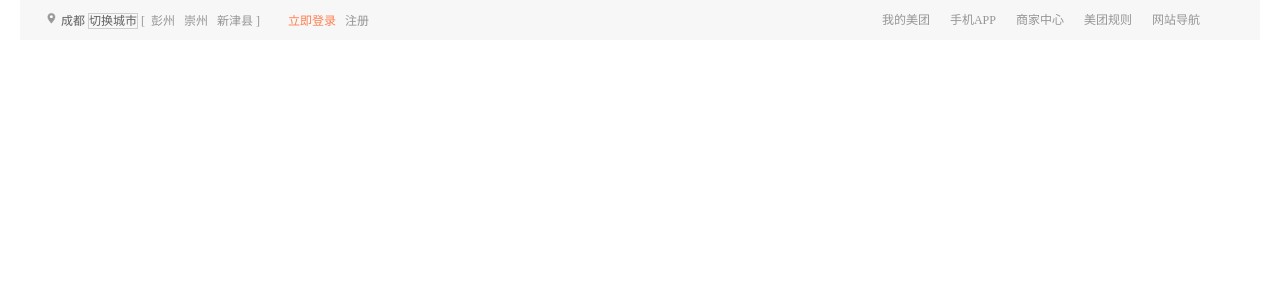
Repository: buddy-fallinlove/Meituan
Page: /
An editor plug-in stored every save of this project. The page is shown before and after the next save, followed by the edit.
The browser window is 1280 px wide. The pictures show the whole page.
The project was rebuilt for these pictures with package versions that can differ from the ones it lists, and the page was loaded fresh each time. Also part of the build but not shown: vue.config.js.

Above is the page before, as saved 2020-08-20 18:00:07.

### src/main.js
import Vue from 'vue'
import App from './App.vue'
import router from './router'
import store from './store'
//引入axios
import axios from './http'
Vue.config.productionTip = false
    //引入封装的全局方法
import api from './http/api.js'
Vue.prototype.$axios = axios
    //引入api.js
Vue.prototype.$api = api
    // 引入ElementUI
import ElementUI from 'element-ui';
import 'element-ui/lib/theme-chalk/index.css';
Vue.use(ElementUI);
new Vue({
    router,
    store,
    render: h => h(App)
}).$mount('#app')

### src/App.vue
<template>
  <div id="app">
    <router-view/>
  </div>
</template>

<style lang="scss">
@import "./style/css.类名_20200524144523"
</style>

### src/router/index.js
import Vue from 'vue'
import VueRouter from 'vue-router'
import Home from '../views/Home.vue'
import layout from '../views/layout.vue'
Vue.use(VueRouter)

const routes = [{
    path: '/',
    name: 'layout',
    component: layout,
    children: [{
            path: '',
            name: 'Home',
            component: Home
        }

    ]
}]

const router = new VueRouter({
    mode: 'history',
    base: process.env.BASE_URL,
    routes
})

export default router

### src/http/index.js
import axios from 'axios'
import qs from 'qs'
// import { Loading, } from 'element-ui'
import store from '../store/index'
// let loading = null


// 判断当前环境是生产环境还是开发环境
// process.env.NODE_ENV的值决定当前环境
// production为生产环境 development为开发环境
const isProduction = process.env.NODE_ENV === 'production'

// 创建axios配置对象
const service = axios.create()

// 接口基础路径
service.defaults.baseURL = isProduction ? 'http://49.233.66.125:5050/v1' : '/api'

// 超时时间
service.defaults.timeout = 10000
    // 请求头类型
    // service.defaults.headers.post['Content-Type'] = 'application/x-www-form-urlencoded'

// 请求拦截器
service.interceptors.request.use(config => {
    if (!store.state.cancelLoad) {
        store.state.loading = true
    }
    // loading = Loading.service({
    //     text: '正在加载中......'
    // })
    let token = localStorage.getItem('adminToken')
        // 每次请求 都在请求头带上token
    if (token) {
        config.headers['Authorization'] = 'Bearer ' + token
    }
    return config
}, err => {
    console.log(err)
    return Promise.reject(err)
})

// 响应拦截器
service.interceptors.response.use(response => {
    setTimeout(() => {
            store.state.loading = false
        }, 500)
        // if (loading) {
        //     loading.close()
        // }
    return response.data
}, err => {
    // if (err.response.status === 401) {
    //     Message.error(err.response.data.msg)
    // }
})

service.req = function(...params) {
    if (params.length === 1) {
        return service.get(params[0])
    }
    if (params.length === 2) {
        return service.post(params[0], qs.stringify(params[1]))
    }
}

export default service

### src/http/api.js
import service from './index'


export default {
    // 获取定位
    getposition() {
        return service.req('/position')
    },
    // 获取所有省份
    getprovince() {
        return service.req('/province')
    },

    // 获取省份所有城市
    getcitys(id) {
        return service.req(`/citys?id=${id}`)
    }








































































}

### src/style/css.类名_20200524144523.css
/* 同一行排列 */

.d-f {
    display: flex;
}


/* 占比 */

.f1 {
    flex: 1;
}

.f2 {
    flex: 2;
}


/* 垂直居中  水平居中 */

.j-c-c {
    justify-content: center;
}

.a-i-c {
    align-items: center;
}


/* 两边有间距  两边无间距  中间自动等分*/

.j-c-s-a {
    justify-content: space-around;
}

.j-c-s-b {
    justify-content: space-between;
}


/* 换行 */

.f-w-w {
    flex-wrap: wrap;
}


/* 内容不换行 */

.w-s-n {
    white-space: nowrap;
}


/* 超出部分隐藏 */

.o-h {
    overflow: hidden;
}


/* 超出部分显示省略号 */

.t-e-n {
    text-emphasis: none
}


/* 同一行竖向排列 */

.f-d-c {
    display: flex;
    flex-direction: column;
}


/* 悬浮小手 */

.h-c-p {
    cursor: pointer;
}


/* 外边距margin 上下左右4个方向*/

.m1 {
    margin: 10px;
}

.m2 {
    margin: 20px;
}

.m3 {
    margin: 30px;
}


/* 上边距margin：top */

.m-t1 {
    margin-top: 10px;
}

.m-t2 {
    margin-top: 20px;
}

.m-t3 {
    margin-top: 30px;
}


/* 下边距margin：bottom */

.m-b1 {
    margin-bottom: 10px;
}

.m-b2 {
    margin-bottom: 20px;
}

.m-b3 {
    margin-bottom: 30px;
}


/* 左边距margin：left */

.m-l1 {
    margin-left: 10px;
}

.m-l2 {
    margin-left: 20px;
}

.m-l3 {
    margin-left: 30px;
}


/* 右边距margin：right */

.m-r1 {
    margin-right: 10px;
}

.m-r2 {
    margin-right: 20px;
}

.m-r3 {
    margin-right: 30px;
}


/* 内边距padding-top bottom left right上下左右4个方向 */

.p1 {
    padding: 10px;
}

.p2 {
    padding: 20px;
}

.p3 {
    padding: 30px;
}


/* 边框实线border-solid */

.b-s-r {
    border: 1px solid red;
}


/* 边框虚线border-dashed */

.b-d-r {
    border: 1px dashed red;
}


/* 背景颜色 */

.b-c-r {
    background-color: red;
}

.b-c-b {
    background-color: black;
}

.b-c-c {
    background-color: #ccc;
}

.b-c-c {
    background-color: #fff;
}


/* 字体大小 */

.f-s12 {
    font-size: 12px;
}

.f-s14 {
    font-size: 14px;
}

.f-s18 {
    font-size: 18px;
}

.f-s20 {
    font-size: 20px;
}

.f-s22 {
    font-size: 22px;
}

.f-s24 {
    font-size: 24px;
}


/* 字体加粗 */

.f-w {
    font-weight: 700;
}


/* 隐藏上下左右边框 */

.b-t-n {
    border-top: none;
}

.b-b-n {
    border-bottom: none;
}

.b-l-n {
    border-left: none;
}

.b-r-n {
    border-right: none;
}


/* 圆50% */

.b-r {
    border-radius: 50%;
}


/* 同一行排列  居中 */

.container {
    display: flex;
    justify-content: center;
}


/* 宽1280px */

.warp {
    width: 1280px;
}


/* 取消边距 */

* {
    margin: 0;
    padding: 0;
}


/* 悬浮 */

.hover:hover {
    cursor: pointer;
    color: #eee;
}

.nb:hover {
    cursor: pointer;
}

.c {
    color: white;
}

.van-index-bar__index {
    margin-top: 5px;
}

.van-tabs__line {
    z-index: 0;
}

### src/views/Home.vue
<template>
 <div>
 </div>
</template>

<script>
 export default {
   name: '',
   props: {
   },
   components: {

   },
   data () {
     return {

     }
   },
   methods: {

   },
   mounted() {

   },
   watch: {

   },
   computed: {

   }
 }
</script>

<style scoped lang='scss'>

</style>

### src/views/layout.vue
<template>
  <div>
<el-container>

  <!--头部 -->
  <el-header>
 <div>
  <top></top>
  </div>
  </el-header>
<router-view></router-view>
<!--下面-->
  <el-main>
  <div>

  </div>
  </el-main>
</el-container>
  </div>
</template>

<script>
import top from '../components/layout1/top'
export default {
  name: "",
  props: {},
  components: {
    top,
  },
  data() {
    return {};
  },
  methods: {},
  mounted() {},
  watch: {},
  computed: {},
};
</script>

<style scoped lang='scss'>
</style>

### src/components/layout1/top.vue
<template>
  <div>
    <div class="box">
      <div class="header-bar">
        <div class="header-bar-position">
          <span class="position-name">
            <img class="location" src="../../assets/location.png" />
            成都
            <a class="change-position" href="https://www.meituan.com/changecity/">切换城市</a>
          </span>
          <span class="neighborhood">
            [&nbsp;
            <a href="https://xianyang.meituan.com/">彭州</a>&nbsp;&nbsp;
            <a href="https://gaoling.meituan.com/">崇州</a>&nbsp;&nbsp;
            <a href="https://jingyangxian.meituan.com/">新津县</a>&nbsp;]
          </span>
        </div>

        <div class="user-entry">
          <a
            class="login"
            href="https://passport.meituan.com/account/unitivelogin?service=www&continue=https%3A%2F%2Fwww.meituan.com%2Faccount%2Fsettoken%3Fcontinue%3Dhttps%253A%252F%252Fjingyangxian.meituan.com%252F"
            target="_blank"
          >立即登录</a>&nbsp;&nbsp;
          <a
            href="https://passport.meituan.com/account/unitivesignup?service=www&continue=https%3A%2F%2Fwww.meituan.com%2Faccount%2Fsettoken%3Fcontinue%3Dhttps%253A%252F%252Fjingyangxian.meituan.com%252F"
            target="_blank"
          >注册</a>
        </div>

        <nav class="header-bar-nav">
          <ul class="header-nav-first">
            <li class="has-child">
              <a
                href="https://passport.meituan.com/account/unitivelogin?service=www&continue=https%3A%2F%2Fwww.meituan.com%2Faccount%2Fsettoken%3Fcontinue%3Dhttp%253A%252F%252Fwww.meituan.com%252Faccount%252Fuserinfo%252F"
                target="_blank"
              >
                我的美团
                <ul class="header-nav-my_header-nav-second">
                  <li>
                    <a
                      href="https://passport.meituan.com/account/unitivelogin?service=www&continue=https%3A%2F%2Fwww.meituan.com%2Faccount%2Fsettoken%3Fcontinue%3Dhttp%253A%252F%252Fwww.meituan.com%252Forders%252F"
                      target="_blank"
                    >我的订单</a>
                  </li>
                  <li>
                    <a
                      href="https://passport.meituan.com/account/unitivelogin?service=www&continue=https%3A%2F%2Fwww.meituan.com%2Faccount%2Fsettoken%3Fcontinue%3Dhttp%253A%252F%252Fwww.meituan.com%252Fcollections%252F"
                      target="_blank"
                    >我的收藏</a>
                  </li>
                  <li>
                    <a
                      href="https://passport.meituan.com/account/unitivelogin?service=www&continue=https%3A%2F%2Fwww.meituan.com%2Faccount%2Fsettoken%3Fcontinue%3Dhttp%253A%252F%252Fwww.meituan.com%252Fvouchers%252F"
                      target="_blank"
                    >抵用券</a>
                  </li>
                  <li>
                    <a
                      href="https://passport.meituan.com/account/unitivelogin?service=www&continue=https%3A%2F%2Fwww.meituan.com%2Faccount%2Fsettoken%3Fcontinue%3Dhttp%253A%252F%252Fwww.meituan.com%252Faccount%252Fsettings"
                      target="_blank"
                    >账户设置</a>
                  </li>
                </ul>
              </a>
            </li>

            <li class="has-child">
              <a href="https://i.meituan.com/mobile/down/meituan" target="_blank">手机APP</a>
            </li>

            <li class="has-child">
              <a>
                商家中心
                <ul class="header-nav-merchant_header-nav-second">
                  <li>
                    <a
                      href="https://e.meituan.com/meishi/epassport/login?service=com.sankuai.meishi.fe.ecom&continue=https%3A%2F%2Fe.meituan.com%2Fmeishi%2Fepassport%2Ftoken%3Ftarget%3Dhttps%253A%252F%252Fe.meituan.com%252Fmeishi%252F"
                      target="_blank"
                    >登录商家中心</a>
                  </li>
                  <li>
                    <a
                      href="https://rms.meituan.com/?utm_source=inner&utm_medium=mtpcsjzx"
                      target="_blank"
                    >美团智能收银</a>
                  </li>
                  <li>
                    <a
                      href="https://bizvisualmeishi.meituan.com/bizsettle/settle/merchantsSettle?utm_source=mt_C_my"
                      target="_blank"
                    >我想合作</a>
                  </li>
                  <li>
                    <a href="https://e.meituan.com/mobile/" target="_blank">手机免费开店</a>
                  </li>
                  <li>
                    <a href="https://daili.meituan.com/?comeFrom=mtwebMenu" target="_blank">餐饮代理商招募</a>
                  </li>
                  <li>
                    <a href="https://pc.meituan.com/?activity_code=mtpcdh" target="_blank">商家申请开票</a>
                  </li>
                  <li>
                    <a
                      href="https://paidui.meituan.com/?activity_code=168_00038141"
                      target="_blank"
                    >免费合作美团排队</a>
                  </li>
                </ul>
              </a>
            </li>

            <li class="has-child">
              <a>
                美团规则
                <ul class="header-nav-rules_header-nav-second">
                  <li>
                    <a href="https://rules-center.meituan.com" target="_blank">规则中心</a>
                  </li>
                  <li>
                    <a href="https://rules-center.meituan.com/rules" target="_blank">规则目录</a>
                  </li>
                  <li>
                    <a href="https://rules-center.meituan.com/advices" target="_blank">规则评议院</a>
                  </li>
                </ul>
              </a>
            </li>

            <li class="has-child">
              <a>网站导航</a>
              <div class="header-nav-site_header-nav-second">
                <dl class="header-nav-jiulv_header-nav-third">
                  <dt>酒店旅游</dt>
                  <div class="wwwqqq">
                    <dd>
                      <a href target="_blank">国际机票</a>
                    </dd>
                    <dd>
                      <a href target="_blank">火车票</a>
                    </dd>
                    <dd>
                      <a href target="_blank">榛果民俗</a>
                    </dd>
                    <dd>
                      <a href target="_blank">经济型酒店</a>
                    </dd>
                    <dd>
                      <a href target="_blank">主题酒店</a>
                    </dd>
                    <dd>
                      <a href target="_blank">商务酒店</a>
                    </dd>
                    <dd>
                      <a href target="_blank">公寓</a>
                    </dd>
                    <dd>
                      <a href target="_blank">豪华酒店</a>
                    </dd>
                    <dd>
                      <a href target="_blank">客栈</a>
                    </dd>
                    <dd>
                      <a href target="_blank">青年旅舍</a>
                    </dd>
                    <dd>
                      <a href target="_blank">度假酒店</a>
                    </dd>
                    <dd>
                      <a href target="_blank">别墅</a>
                    </dd>
                    <dd>
                      <a href target="_blank">农家院</a>
                    </dd>
                  </div>
                </dl>
                <dl class="header-nav-food-nav-third">
                  <dt>吃美食</dt>
                  <div class="wwwqqq">
                    <dd>
                      <a href target="_blank">烤鱼</a>
                    </dd>
                    <dd>
                      <a href target="_blank">特色小吃</a>
                    </dd>
                    <dd>
                      <a href target="_blank">烧烤</a>
                    </dd>
                    <dd>
                      <a href target="_blank">自助餐</a>
                    </dd>
                    <dd>
                      <a href target="_blank">火锅</a>
                    </dd>
                    <dd>
                      <a href target="_blank">代金券</a>
                    </dd>
                  </div>
                </dl>
                <dl class="header-nav-movie-nav-third">
                  <dt>看电影</dt>
                  <div class="wwwqqq">
                    <dd>
                      <a href target="_blank">热映电影</a>
                    </dd>
                    <dd>
                      <a href target="_blank">热门影院</a>
                    </dd>
                    <dd>
                      <a href target="_blank">热映电影口碑榜</a>
                    </dd>
                    <dd>
                      <a href target="_blank">最受期待电影</a>
                    </dd>
                    <dd>
                      <a href target="_blank">国内票房榜</a>
                    </dd>
                    <dd>
                      <a href target="_blank">北美票房榜</a>
                    </dd>
                    <dd>
                      <a href target="_blank">电影排行榜</a>
                    </dd>
                  </div>
                </dl>
                <dl class="header-nav-mobile_app-nav-third">
                  <dt>手机应用</dt>
                  <div class="wwwqqq">
                    <dd>
                      <a href="https://i.meituan.com/mobile/down/meituan" target="_blank">
                        <img class="app-icon" src="../../assets/1(1).png" />
                      </a>
                    </dd>
                    <dd>
                      <a href="https://waimai.meituan.com/mobile/download/default" target="_blank">
                        <img class="app-icon" src="../../assets/2(1).png" />
                      </a>
                    </dd>
                    <dd>
                      <a href="https://phoenix.meituan.com/app/" target="_blank">
                        <img class="app-icon" src="../../assets/3(1).png" />
                      </a>
                    </dd>
                    <dd>
                      <a href="https://www.dianping.com/app/download" target="_blank">
                        <img class="app-icon" src="../../assets/4.png" />
                      </a>
                    </dd>
                    <dd>
                      <a href="https://maoyan.com/app" target="_blank">
                        <img class="app-icon" src="../../assets/5.png" />
                      </a>
                    </dd>
                  </div>
                </dl>
              </div>
            </li>
          </ul>
        </nav>
      </div>
    </div>
  </div>
</template>

<script>
export default {
  name: "",
  props: {},
  components: {},
  data() {
    return {};
  },
  methods: {},
  mounted() {},
  watch: {},
  computed: {},
};
</script>

<style scoped lang='scss'>
.wwwqqq {
  display: flex;
  flex-wrap: wrap;
  justify-content: center;
  align-items: center;
}
* {
  margin: 0;
  padding: 0;
}

body {
  width: 100%;
  min-width: 1280px;
}
.box{
  width: 100%;
  height: 197px;
  background: #ffffff;
}
.header-bar {
  background-color: #f7f7f7;
  height: 40px;
  line-height: 40px;
}

.user-entry,
.header-bar-position {
  display: inline;
  font-size: 12px;
}

a {
  text-decoration: none;
  color: rgba(22, 21, 21, 0.432);
  /* font-weight:600; */
}

.header-bar-position {
  margin: 0 25px;
}

.user-entry .login {
  color: coral;
}

.header-bar-nav {
  display: inline;
}

.change-position {
  border: 1px solid rgba(179, 176, 176, 0.555);
  color: rgba(0, 0, 0, 0.61);
}

.position-name {
  color: rgba(0, 0, 0, 0.61);
}

.location {
  width: 13px;
  height: auto;
}

.neighborhood {
  color: rgba(22, 21, 21, 0.432);
}

.header-nav-first {
  display: block;
  float: right;
  text-align: center;
  margin-right: 50px;
  font-size: 12px;
}

.has-child {
  position: relative;
  list-style-type: none;
  display: inline-block;
  padding: 0 10px;
}

.header-nav-my_header-nav-second {
  position: absolute;
  display: none;
  list-style-type: none;
  right: 0;
  padding: 0 10px;
  z-index: 99;
}

.header-nav-merchant_header-nav-second {
  position: absolute;
  display: none;
  list-style-type: none;
  right: 0;
  padding: 0 10px;
  width: 100px;
  z-index: 99;
}

.header-nav-rules_header-nav-second {
  position: absolute;
  display: none;
  list-style-type: none;
  right: 0;
  padding: 0 10px;
  z-index: 99;
}

.header-nav-site_header-nav-second {
  position: absolute;
  display: none;
  list-style-type: none;
  right: 0;
  padding: 0 40px;
  width: 1100px;
  height: 300px;
  z-index: 99;
  margin-bottom: 5px;
}

.has-child:nth-child(1):hover .header-nav-my_header-nav-second {
  display: block;
}

.has-child:nth-child(3):hover .header-nav-merchant_header-nav-second {
  display: block;
}

.has-child:nth-child(4):hover .header-nav-rules_header-nav-second {
  display: block;
}

.has-child:nth-child(5):hover .header-nav-site_header-nav-second {
  display: block;
}

.has-child:not(:nth-child(2)):hover,
.has-child:not(:nth-child(2)):hover ul,
.has-child:not(:nth-child(2)):hover div {
  background-color: rgb(253, 253, 253);
  box-shadow: 0 0 1px rgba(109, 108, 108, 0.432);
}

a:hover {
  color: coral;
  cursor: pointer;
}

.header-nav-jiulv_header-nav-third,
.header-nav-food-nav-third,
.header-nav-movie-nav-third,
.header-nav-mobile_app-nav-third {
  float: left;
  text-align: center;
  margin: 20px;
}

.header-nav-jiulv_header-nav-third {
  width: 250px;
}

.header-nav-jiulv_header-nav-third dd {
  width: 83px;
}

.header-nav-food-nav-third {
  width: 140px;
}

.header-nav-food-nav-third dd {
  width: 70px;
}

.header-nav-movie-nav-third {
  width: 110px;
}

.header-nav-movie-nav-third dd {
  width: 104px;
}

.header-nav-mobile_app-nav-third dt,
.header-nav-jiulv_header-nav-third dt,
.header-nav-food-nav-third dt,
.header-nav-movie-nav-third dt {
  font-size: 14px;
  margin-bottom: 5px;
}

.header-nav-mobile_app-nav-third {
  width: 400px;
}

.app-icon {
  width: 60px;
}
</style>

Loaded but not shown: public/index.html (common file); src/store/index.js (common file)

After the next save:
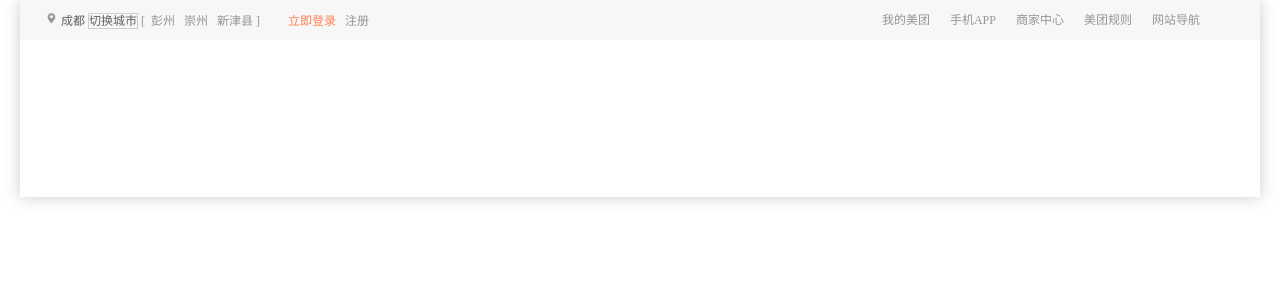
Saved 17 s later.
--- a/src/components/layout1/top.vue
+++ b/src/components/layout1/top.vue
@@ -297,6 +297,7 @@
   width: 100%;
   height: 197px;
   background: #ffffff;
+  box-shadow: 0px 0px 15px #ccc;
 }
 .header-bar {
   background-color: #f7f7f7;
